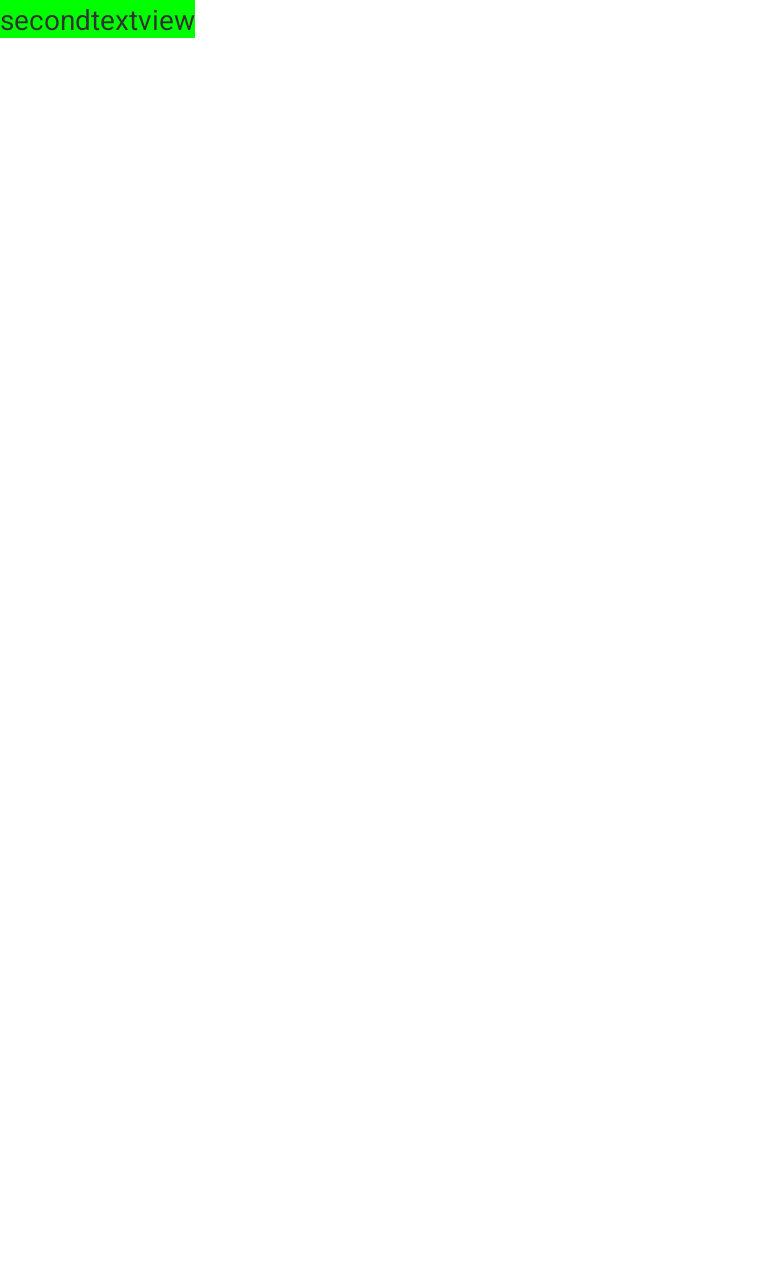
Repository: KungW/windows_learn_java_track
Layout: S01E13relativelayout/res/layout/activity_main.xml
These files come from the project's save history. The layout is drawn as it stood at one moment and after the next save; the edit follows.
It is drawn on a 768 x 1280 px phone screen (xhdpi) without system bars, with theme AppTheme; the app's code is not run.

Above is the layout before, as saved 2016-10-11 03:52:10.

After the next save:
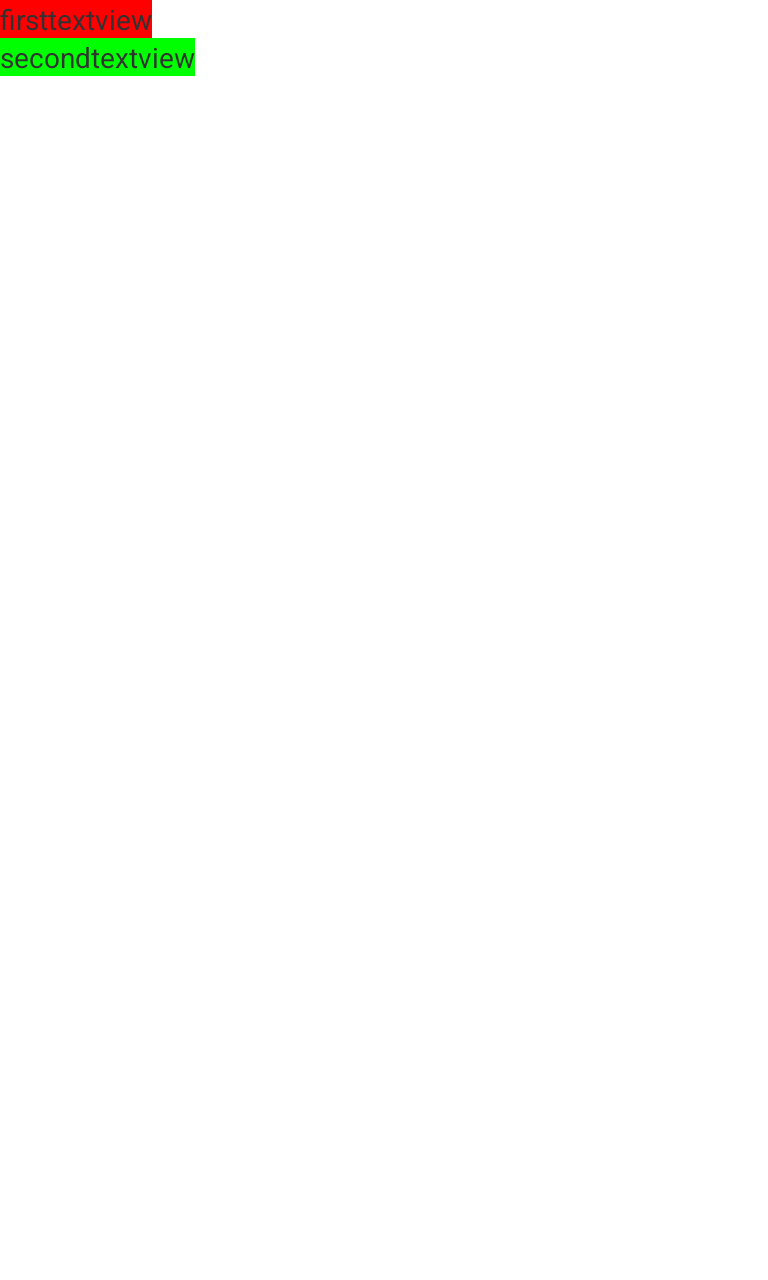
Saved 33 s later.
--- a/S01E13relativelayout/res/layout/activity_main.xml
+++ b/S01E13relativelayout/res/layout/activity_main.xml
@@ -14,6 +14,7 @@
         android:layout_width="wrap_content"
         android:layout_height="wrap_content"
         android:background="#00ff00"
+        android:layout_below="@id/firstview"
         android:text="secondtextview" />
 
 </RelativeLayout>
